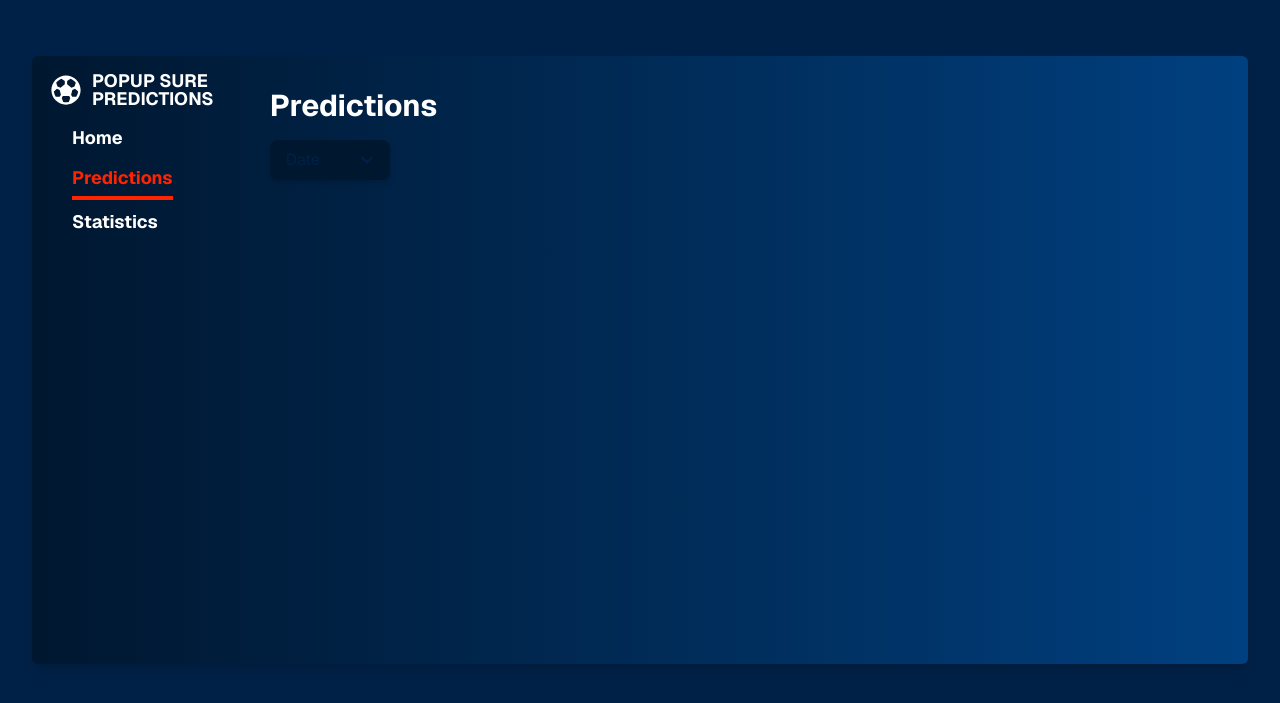
Repository: prototypedave/AlgoFooty
Page: /predictions (app in frontend/algo-footy/)
An editor plug-in stored every save of this project. The page is shown before and after the next save, followed by the edit.
The browser window is 1280 px wide. The pictures show the whole page.
The project was rebuilt for these pictures with package versions that can differ from the ones it lists, and the page was loaded fresh each time. The framework's server and built-in components were replaced by stand-ins that run in the browser. Also part of the build but not shown: frontend/algo-footy/next.config.ts.

Above is the page before, as saved 2025-11-03 06:59:02.

### frontend/algo-footy/app/predictions/page.tsx
"use client";

import Link from "next/link";
import { IoMdFootball } from "react-icons/io";
import { usePathname } from "next/navigation";
import DropdownButton from "@/components/dropdown";

export default function Predictions() {
    const pathname = usePathname();
    return (
        <div className="relative flex flex-col min-h-screen items-center justify-center bg-oxford-blue font-sans">
            <nav className="absolute inset-x-0 top-0 bottom-0 bg-gradient-to-r from-[#001730] to-[#004080] text-white max-h-full rounded-md mx-8 my-14 shadow-lg flex gap-10 p-4">
                <div className="flex flex-col">
                    <div className="flex gap-2">
                        <IoMdFootball className="text-4xl"/>
                        <p className="text-lg font-bold leading-none">
                            <span className="block">POPUP SURE </span>
                            <span className="block">PREDICTIONS</span>
                        </p>
                    </div>
                    <div className="flex flex-col items-start gap-2 pt-4 pl-6 font-bold text-lg text-white">
                        <Link
                            href="/home"
                            className={`pb-1 ${
                            pathname === "/home"
                                ? "border-b-4 border-black font-bold"
                                : "border-b-0"
                            }`}
                        >
                            Home
                        </Link>
                        <Link href="/predictions"
                            className={`inline-block pb-1 ${
                                pathname === "/predictions"? "border-b-4 border-orange-red font-bold text-orange-red" : "border-b-0 border-orange-red"
                            }`}>Predictions</Link>
                        <Link href={"/statistics"}>Statistics</Link>
                    </div>
                </div>
                <div className="flex flex-col p-4 gap-4">
                    <h1 className="text-3xl font-bold">Predictions</h1>
                    <div>
                            <DropdownButton />

                    </div>
                </div>
            </nav>
        </div>
    );
}

### frontend/algo-footy/app/globals.css
@import "tailwindcss";

:root {
  --background: #ffffff;
  --foreground: #171717;
}

@theme inline {
  --color-background: var(--background);
  --color-foreground: var(--foreground);
  --font-sans: var(--font-geist-sans);
  --font-mono: var(--font-geist-mono);
}

@theme {
  --color-oxford-blue: #002147;
  --color-orange-red: #FF2400;
}

@media (prefers-color-scheme: dark) {
  :root {
    --background: #0a0a0a;
    --foreground: #ededed;
  }
}

body {
  background: var(--background);
  color: var(--foreground);
  font-family: Arial, Helvetica, sans-serif;
}

### frontend/algo-footy/components/dropdown.tsx
"use client";
import { useState } from "react";
import { FaChevronDown, FaChevronUp } from "react-icons/fa";

export default function DropdownButton() {
  const [open, setOpen] = useState(false);

  return (
    <div className="relative inline-block text-left">
      {/* Button */}
      <button
        onClick={() => setOpen(!open)}
        className="flex items-center justify-between gap-10 bg-[#001730] text-oxford-blue px-4 py-2 rounded-lg shadow-md hover:bg-gray-100 transition"
      >
        Date
        {open ? (
          <FaChevronUp className="text-sm" />
        ) : (
          <FaChevronDown className="text-sm" />
        )}
      </button>

      {/* Dropdown Menu */}
      {open && (
        <div className="absolute right-0 mt-2 w-48 bg-white border border-gray-200 rounded-lg shadow-lg z-10">
          <ul className="py-1">
            <li>
              <a
                href="#profile"
                className="block px-4 py-2 text-gray-700 hover:bg-gray-100"
              >
                Profile
              </a>
            </li>
            <li>
              <a
                href="#settings"
                className="block px-4 py-2 text-gray-700 hover:bg-gray-100"
              >
                Settings
              </a>
            </li>
            <li>
              <a
                href="#logout"
                className="block px-4 py-2 text-gray-700 hover:bg-gray-100"
              >
                Logout
              </a>
            </li>
          </ul>
        </div>
      )}
    </div>
  );
}

Loaded but not shown: frontend/algo-footy/app/layout.tsx (common file)

After the next save:
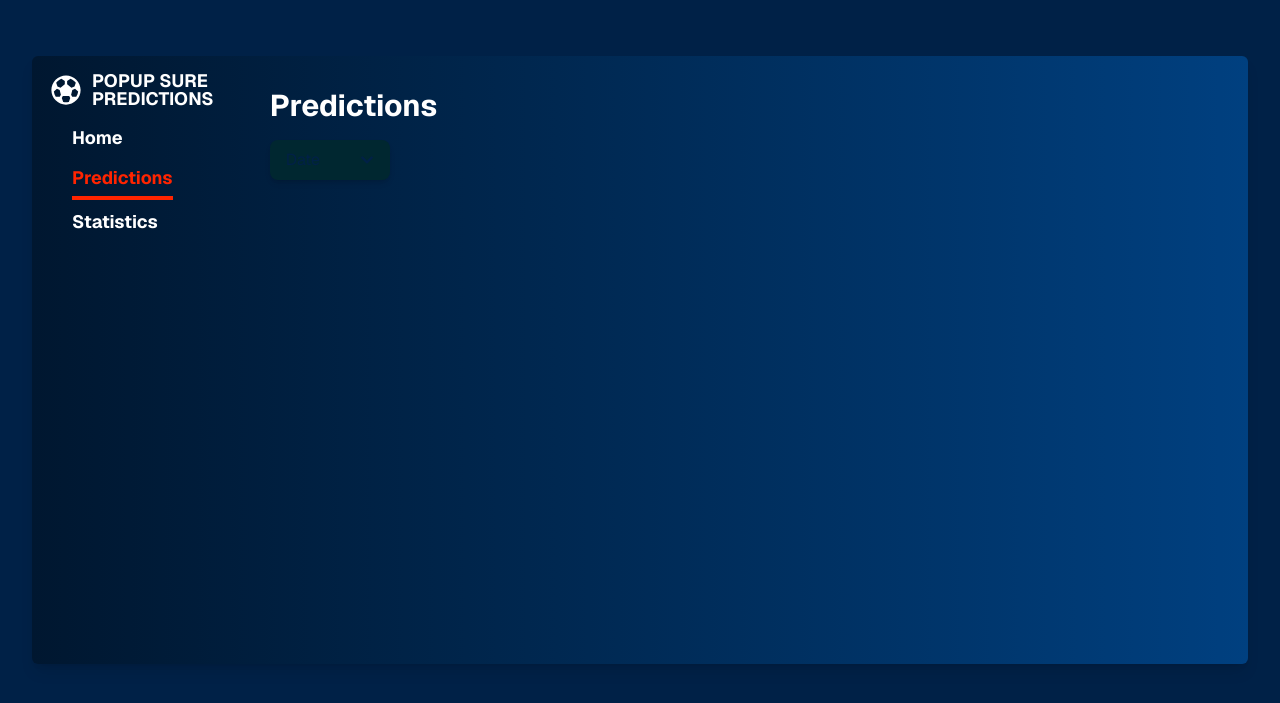
Saved 13 s later.
--- a/frontend/algo-footy/components/dropdown.tsx
+++ b/frontend/algo-footy/components/dropdown.tsx
@@ -10,7 +10,7 @@ export default function DropdownButton() {
       {/* Button */}
       <button
         onClick={() => setOpen(!open)}
-        className="flex items-center justify-between gap-10 bg-[#001730] text-oxford-blue px-4 py-2 rounded-lg shadow-md hover:bg-gray-100 transition"
+        className="flex items-center justify-between gap-10 bg-[#002730] text-oxford-blue px-4 py-2 rounded-lg shadow-md hover:bg-gray-100 transition"
       >
         Date
         {open ? (
